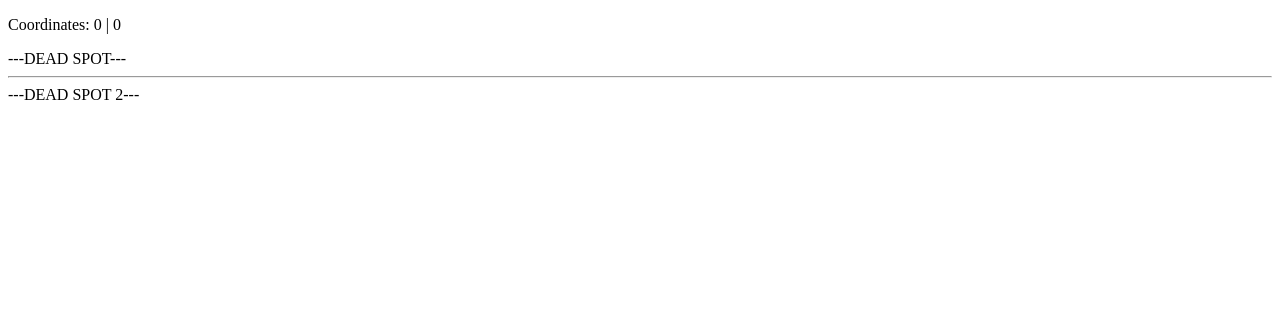
Repository: wojkos/Learn
Page: Vue/selectimage/index.html
The author's editor kept a copy of each file at every save. The page is drawn from the files as they stood at one save, then again after the next save.
The browser window is 1280 px wide. The pictures show the whole page.

Above is the page before, as saved 2018-05-03 21:12:47.

After the next save:
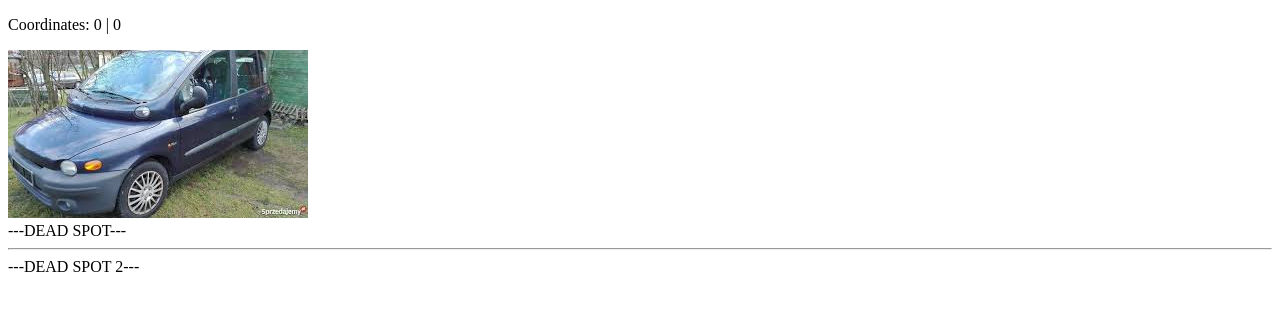
Saved 4 min 5 s later.
--- a/Vue/selectimage/index.html
+++ b/Vue/selectimage/index.html
@@ -15,7 +15,7 @@
 
         <div class="row">
             <div class="col-xs-12">
-
+                <img src="download.jpeg" alt="">
             </div>
         </div>
         <span v-on:mousemove="dummy">---DEAD SPOT---</span>

After the save that followed:
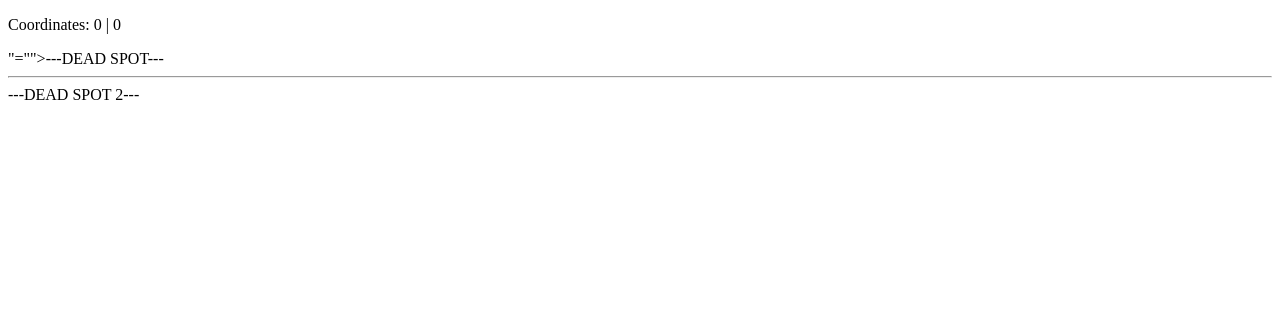
Saved 47 s later.
--- a/Vue/selectimage/index.html
+++ b/Vue/selectimage/index.html
@@ -15,12 +15,12 @@
 
         <div class="row">
             <div class="col-xs-12">
-                <img src="download.jpeg" alt="">
+                <img src="download.jpeg" alt="" v-on:mousemove="updateCoordinates>
             </div>
         </div>
-        <span v-on:mousemove="dummy">---DEAD SPOT---</span>
+        <span v-on:mousemove=" dummy ">---DEAD SPOT---</span>
         <hr>
-        <span v-on:mousemove.stop="">---DEAD SPOT 2---</span>
+        <span v-on:mousemove.stop=" ">---DEAD SPOT 2---</span>
     </div>
 
 
